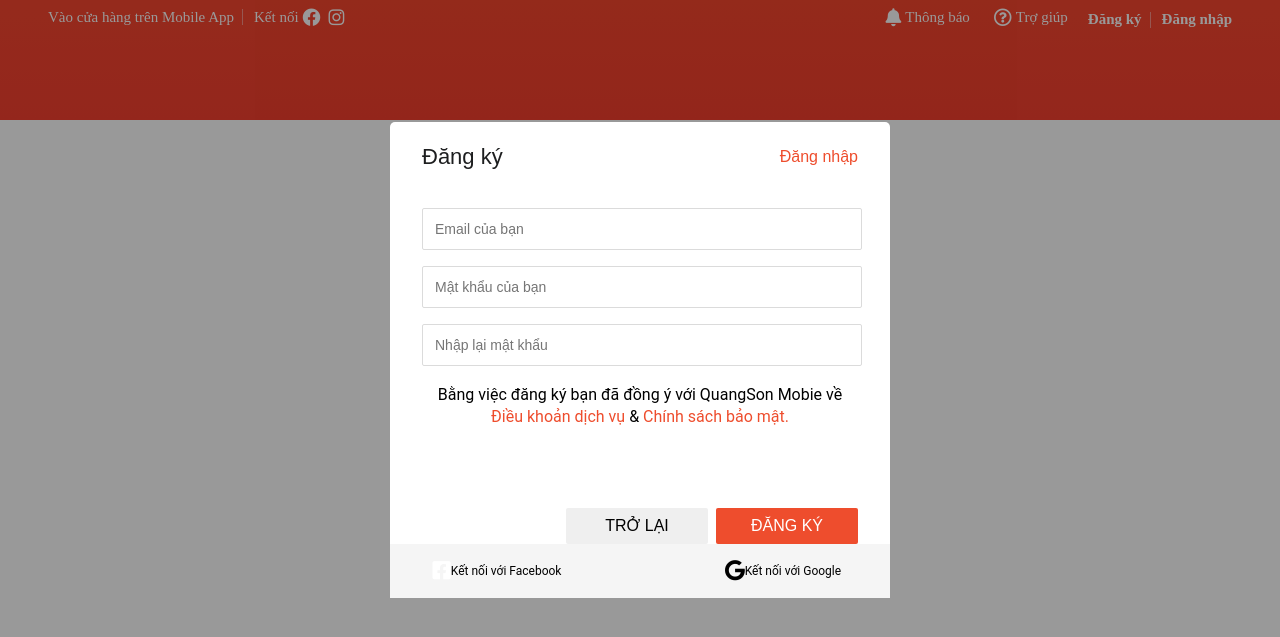
Repository: Qson412/BTL_Web
Page: index.html
These files come from the project's save history. The page is drawn as it stood at one moment and after the next save; the edit follows.
The browser window is 1280 px wide. The pictures show the whole page.

Above is the page before, as saved 2021-11-29 17:24:55.

After the next save:
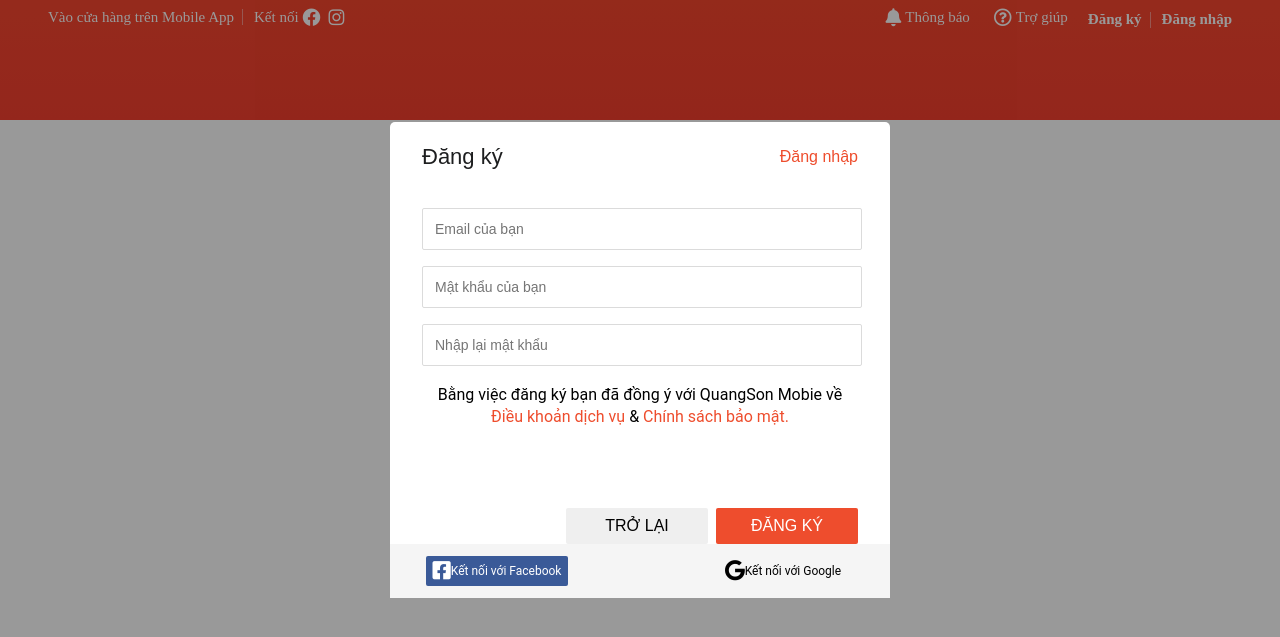
Saved 80 s later.
--- a/main.css
+++ b/main.css
@@ -319,8 +319,12 @@
 .auth-form__socials-icon{
     font-size: 1.3rem;
 }
-
+.auth-form__socials--facebook{
+    background-color: #3a5a98;
+    color: white;
+}
 .auth-form__socials--facebook
 .auth-form__socials-icon{
     color: white;
-}
+
+}
